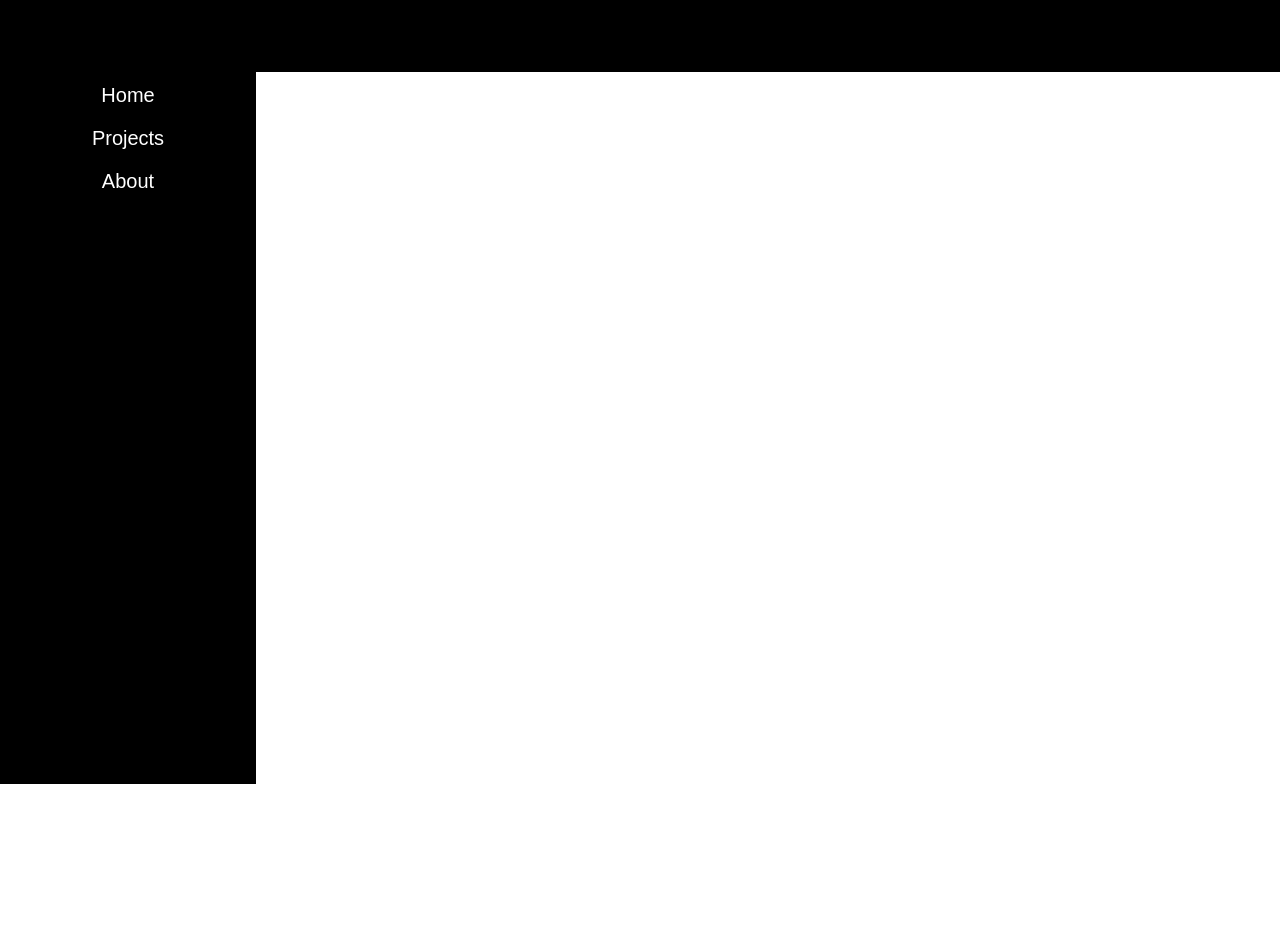
Repository: josephinel6/josephinel6.github.io
Page: index.html
An editor plug-in stored every save of this project. The page is shown before and after the next save, followed by the edit.
The browser window is 1280 px wide. The pictures show the whole page.

Above is the page before, as saved 2023-04-04 10:39:45.

After the next save:
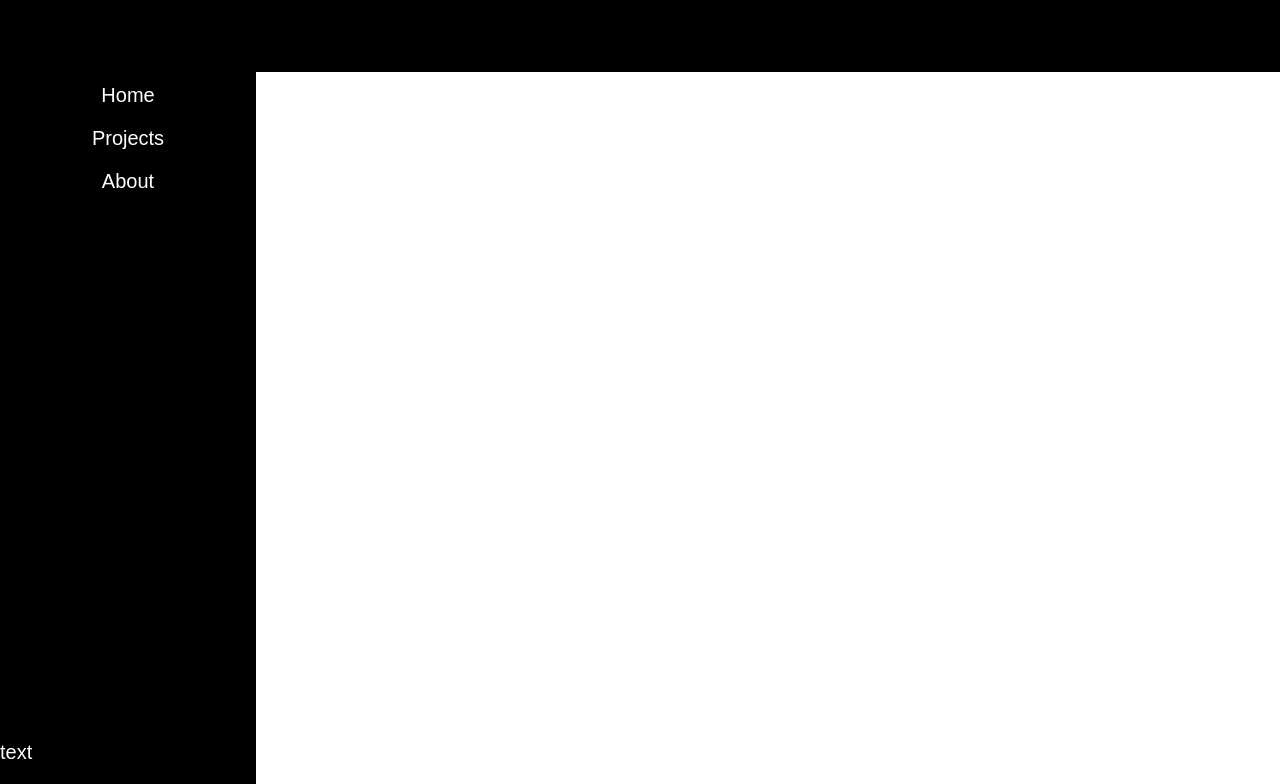
Saved 15 s later.
--- a/index.html
+++ b/index.html
@@ -58,9 +58,7 @@
                 <p class="menutext"> About </p>
             </CENTER>
         </div>
-        <div style="position:relative; height: 100%">
-            <p class="menutext" style="position: absolute; bottom:0"> text </p>
-        </div>
+        <p class="menutext" style="position: absolute; bottom:0"> text </p>
     </div>
     <div id="topbar">
 
